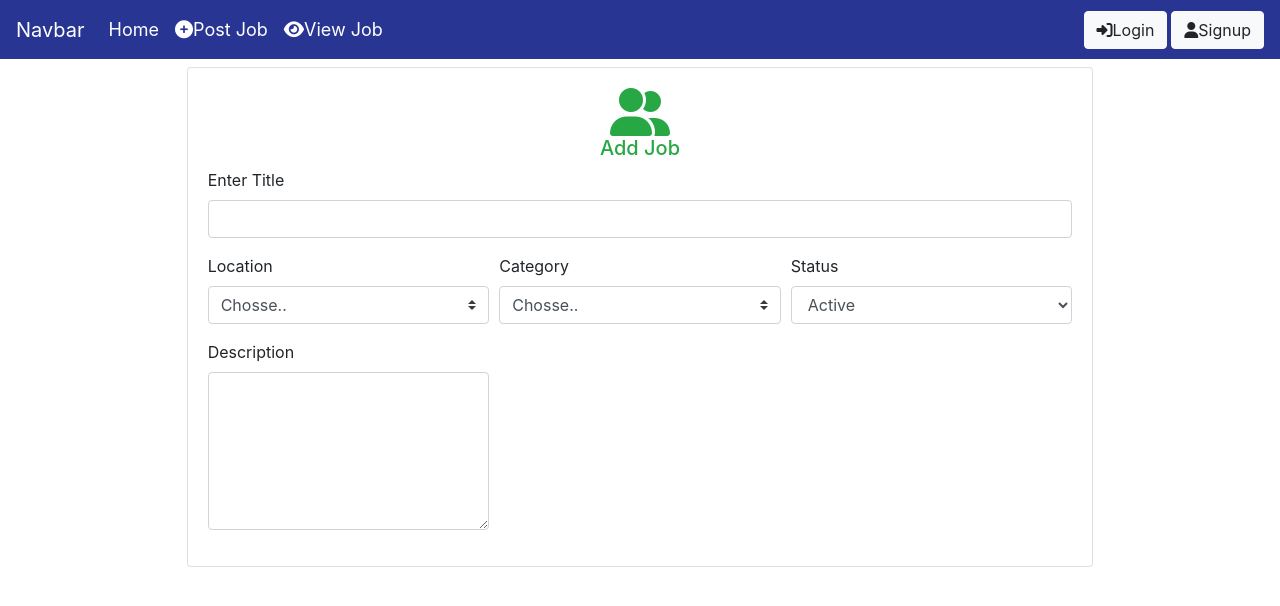
Repository: Pankaj08072001/Adv_Java
Page: http://localhost/06_Job_portal_Project/add_job.jsp
These files come from the project's save history. The page is drawn as it stood at one moment and after the next save; the edit follows.
The browser window is 1280 px wide. The pictures show the whole page.
Some web libraries are served in a nearby version. The page is served by Tomcat 9. Other server files are loaded and not shown.

Above is the page before, as saved 2025-03-13 21:06:21.

### 06_Job_portal_Project/src/main/webapp/add_job.jsp
<%@ page language="java" contentType="text/html; charset=UTF-8"
	pageEncoding="UTF-8"%>
<!DOCTYPE html>
<html>
<head>
<meta charset="UTF-8">
<title>Add_Job</title>
<%@include file="All_component/All_css.jsp"%>
</head>
<body>
	<%@include file="All_component/Navbar.jsp"%>
	<div class="container p-2">
		<div class="col-md-10 offset-md-1">
			<div class="card">
				<div class="card-body">
					<div class="text-center text-success">
						<i class="fa fa-user-friends fa-3x"></i>
						<h5>Add Job</h5>
					</div>
					<%--  <c:if test= "${not empty succMsg}">
						<div class="alert alert-success" role="alert">${succMsg} </div>
						<c:remove var="succMsg"/>
						</c:if>
						--%>

					<form action="addjob" method="post">
						<div class="form-group">
							<label>Enter Title</label><input type="text" required="required"
								class="form-control" name="title">
						</div>
						<div class="form-row">
							<div class="form-group col-md-4">
								<label>Location </label> <select name="Location"
									class="custom-select" id="inlineFormCustomSelectPref">
									<option selected>Chosse..</option>
									<option value="Odisha">Odisha</option>
									<option value="Utter Pardesh">Utter Pardesh</option>
									<option value="Haryana">Haryana</option>
									<option value="Gujurat">Gujurat</option>
									<option value="Delhi">Delhi</option>
									<option value="Chennai">Chennai</option>
									<option value="Hydrabaad">Hydrabaad</option>
									<option value="Jharkhand">Jharkhand</option>
									<option value="Pune">Pune</option>
								</select>
							</div>
							<div class="form-group col-md-4">
								<label>Category </label> <select name="Category"
									class="custom-select" id="inlineFormCustomSelectPref">
									<option selected>Chosse..</option>
									<option value="IT">IT</option>
									<option value="Developer">Developer</option>
									<option value="Banking">Banking</option>
									<option value="Teacher">Teacher</option>
								</select>
							</div>
							<div class="form-group col-md-4">
								<label>Status</label> <select name="Status"
									class="form-control" id="inlineFormCustomSelectPref">
									<option class="Active" value="Active">Active</option>
									<option class="Inactive" value="Inactive">Inactive</option>

								</select>
							</div>
							<div class="form-group col-md-4">
								<label>Description </label>
								<textarea required rows="6" cols="" name="desc" class="form-control"></textarea>
							</div>


</body>
</html>

### 06_Job_portal_Project/src/main/webapp/All_component/All_css.jsp
<link rel="stylesheet"
	href="https://cdn.jsdelivr.net/npm/bootstrap@4.0.0/dist/css/bootstrap.min.css"
	integrity="sha384-Gn5384xqQ1aoWXA+058RXPxPg6fy4IWvTNh0E263XmFcJlSAwiGgFAW/dAiS6JXm"
	crossorigin="anonymous">


<script src="https://code.jquery.com/jquery-3.2.1.slim.min.js"
	integrity="sha384-KJ3o2DKtIkvYIK3UENzmM7KCkRr/rE9/Qpg6aAZGJwFDMVNA/GpGFF93hXpG5KkN"
	crossorigin="anonymous"></script>
<script
	src="https://cdn.jsdelivr.net/npm/popper.js@1.12.9/dist/umd/popper.min.js"
	integrity="sha384-ApNbgh9B+Y1QKtv3Rn7W3mgPxhU9K/ScQsAP7hUibX39j7fakFPskvXusvfa0b4Q"
	crossorigin="anonymous"></script>
<script
	src="https://cdn.jsdelivr.net/npm/bootstrap@4.0.0/dist/js/bootstrap.min.js"
	integrity="sha384-JZR6Spejh4U02d8jOt6vLEHfe/JQGiRRSQQxSfFWpi1MquVdAyjUar5+76PVCmYl"
	crossorigin="anonymous"></script>

<link rel="stylesheet"
	href="https://cdnjs.cloudflare.com/ajax/libs/font-awesome/6.7.2/css/all.min.css"
	integrity="sha512-Evv84Mr4kqVGRNSgIGL/F/aIDqQb7xQ2vcrdIwxfjThSH8CSR7PBEakCr51Ck+w+/U6swU2Im1vVX0SVk9ABhg=="
	crossorigin="anonymous" referrerpolicy="no-referrer" />

	<link rel="Stylesheet" href ="All_component/Style.css" >

### 06_Job_portal_Project/src/main/webapp/All_component/Navbar.jsp
<nav class="navbar navbar-expand-lg navbar-dark bg-custom">
	<a class="navbar-brand" href="#">Navbar</a>
	<button class="navbar-toggler" type="button" data-toggle="collapse"
		data-target="#navbarSupportedContent"
		aria-controls="navbarSupportedContent" aria-expanded="false"
		aria-label="Toggle navigation">
		<span class="navbar-toggler-icon"></span>
	</button>

	<div class="collapse navbar-collapse" id="navbarSupportedContent">
		<ul class="navbar-nav mr-auto">
			<li class="nav-item active"><a class="nav-link" href="#">Home
					<span class="sr-only">(current)</span>
			</a></li>
			<li class="nav-item"><a class="nav-link" href="#"><i class="fas fa-plus-circle"></i>Post Job</a></li>
			<li class="nav-item"><a class="nav-link" href="#"><i class="fas fa-eye"></i>View Job</a></li>

		</ul>
		<form class="form-inline my-2 my-lg-0">
			<a href="login.jsp" class="btn btn-light mr-1"> <i class="fas fa-sign-in-alt"></i>Login</a>
			<a href ="Signup.jsp" class="btn btn-light"><i class="fas fa-user"></i>Signup</a>
		</form>
	</div>
</nav>

### 06_Job_portal_Project/src/main/webapp/All_component/Style.css
body{
	padding : 0;
	margin:0;
}

.bg-custom{
	background : #283593 !important;

}
.navbar .nav-item .nav-link{
	font-size: 18px;
	color : white;
}
.navbar .nav-item:hover .nav-link{
	background : white ;
	color : black;
	border-radius: 10px;
}

After the next save:
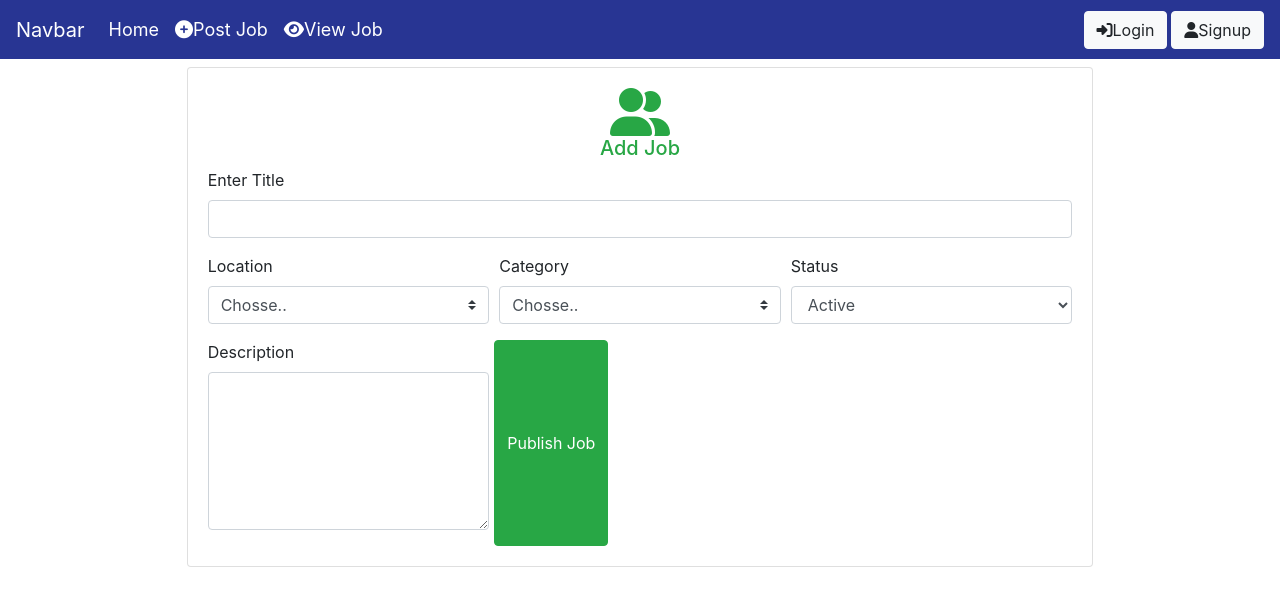
Saved 76 s later.
--- a/06_Job_portal_Project/src/main/webapp/add_job.jsp
+++ b/06_Job_portal_Project/src/main/webapp/add_job.jsp
@@ -55,8 +55,8 @@
 								</select>
 							</div>
 							<div class="form-group col-md-4">
-								<label>Status</label> <select name="Status"
-									class="form-control" id="inlineFormCustomSelectPref">
+								<label>Status</label> <select name="Status" class="form-control"
+									id="inlineFormCustomSelectPref">
 									<option class="Active" value="Active">Active</option>
 									<option class="Inactive" value="Inactive">Inactive</option>
 
@@ -64,9 +64,12 @@
 							</div>
 							<div class="form-group col-md-4">
 								<label>Description </label>
-								<textarea required rows="6" cols="" name="desc" class="form-control"></textarea>
+								<textarea required rows="6" cols="" name="desc"
+									class="form-control"></textarea>
 							</div>
 
+							<button class="btn btn-success">Publish Job</button>
+					</form>
 
 </body>
 </html>
